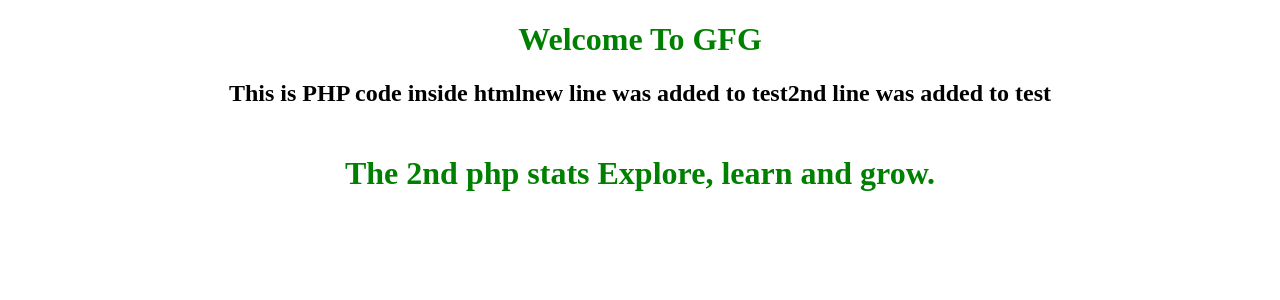
Repository: Ashwin1510/php_projectgh
Page: http://localhost/example.php
The author's editor kept a copy of each file at every save. The page is drawn from the files as they stood at one save, then again after a run of saves.
The browser window is 1280 px wide. The pictures show the whole page.
The page is run by PHP 8.4 with error messages shown; the project is at /var/www/html/.

Above is the page before, as saved 2022-12-14 11:11:39.

### example.php
<!DOCTYPE html>
<html>

<head>
	<style>
		h1 {
			color: green;
		}
	</style>
</head>

<body>
	<center>
		<h1>Welcome To GFG</h1>

		<h2>
			<?php
			 echo "This is PHP code inside html";
             echo  "new line was added to test";
			 echo  "2nd  line was added to test";
			 echo "<br><br>"

			?>


               <h1>The 2nd php stats
           <?php

		     echo 'Explore, learn and grow.'
		     ?>
		   </p>
		</h2>
	</center>
</body>

</html>

After the next 8 saves:
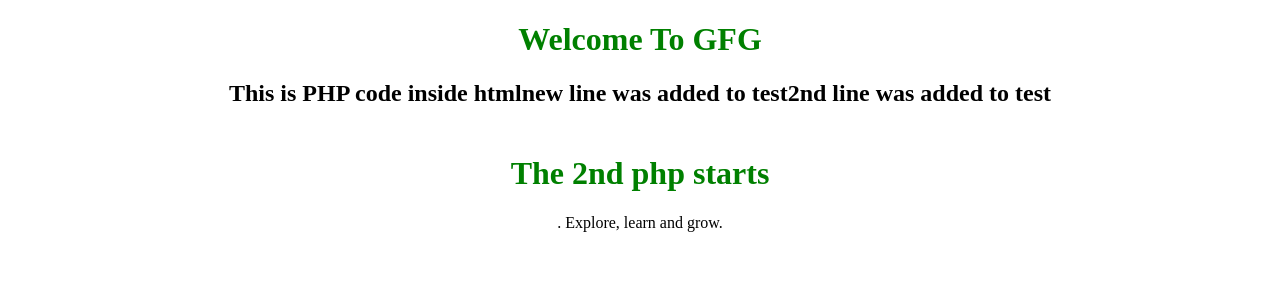
The 8 saves are shown as one change because they came seconds apart.
The last was saved 16 s later.
--- a/example.php
+++ b/example.php
@@ -23,8 +23,8 @@
 			?>
 
 
-               <h1>The 2nd php stats
-           <?php
+               <h1>The 2nd php starts</h1>
+			   .           <?php
 
 		     echo 'Explore, learn and grow.'
 		     ?>
